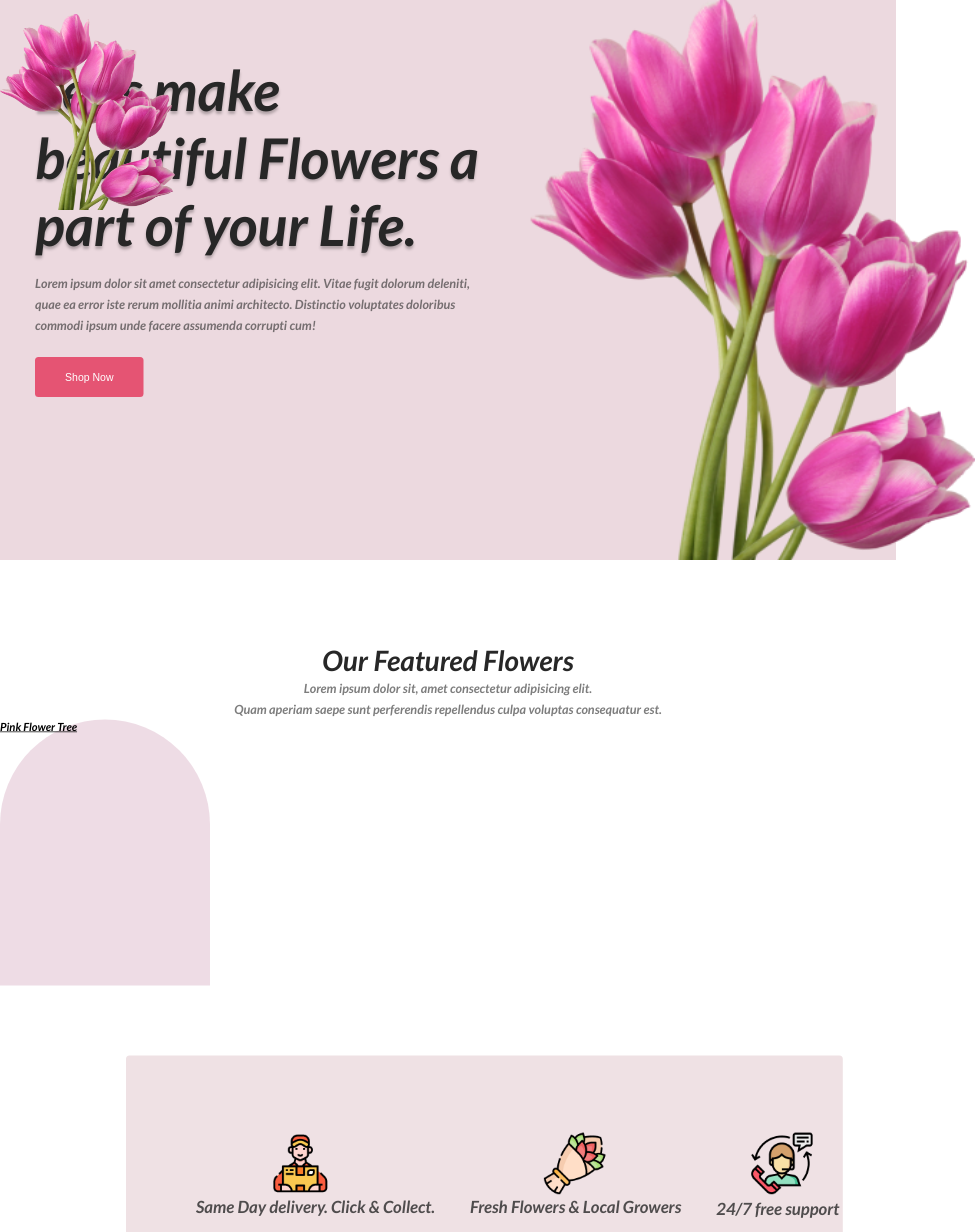
Repository: AnitaAkter/anita-flower-shop
Page: index.html
An editor plug-in stored every save of this project. The page is shown before and after a run of saves, followed by the edit.
The browser window is 1280 px wide. The page is 1393 px wide, so the pictures cover 1393 px, including what lies to the right of the window. The pictures show the part of the page from y = 0 to 1760 px (the page is 3486 px tall), at 70% of full size.

Above is the page before, as saved 2023-09-06 20:44:24.

### index.html
<!DOCTYPE html>
<html lang="en">

<head>
    <meta charset="UTF-8">
    <meta http-equiv="X-UA-Compatible" content="IE=edge">
    <meta name="viewport" content="width=device-width, initial-scale=1.0">
    <title>Anita's Flower Shop</title>
    <link rel="preconnect" href="https://fonts.googleapis.com">
    <link rel="preconnect" href="https://fonts.gstatic.com" crossorigin>
    <link href="https://fonts.googleapis.com/css2?family=Lato:ital,wght@1,700&display=swap" rel="stylesheet">
    <link rel="stylesheet" href="style.css">
</head>

<body>
    <div>
        <!-- /* Header -section start */ -->
        <header>
            <div class="header-intro">
                <h1>Let's make <br> beautiful Flowers a <br>part of your Life.</h1>
                <div class="header-p">
                    <p>Lorem ipsum dolor sit amet consectetur adipisicing elit. Vitae fugit dolorum deleniti, quae ea
                        error
                        iste rerum mollitia animi architecto. Distinctio voluptates doloribus commodi ipsum unde facere
                        assumenda corrupti cum!</p>
                </div>
                <button class="header-btn">Shop Now</button>
            </div>
            <div class="header-pic">
                <img src="images/pngwing 6.png" alt="">
            </div>
        </header>
        <!-- /* Header -section end */ -->
        <main>
            <div class="flowers-info">
                <h3>Our Featured Flowers</h3>
                <p>Lorem ipsum dolor sit, amet consectetur adipisicing elit. <br>
                    Quam aperiam saepe sunt perferendis repellendus culpa voluptas consequatur est.
                </p>
            </div>
            <div class="flowers-add">

                <div class="flowers">
                    <img class="img-f" src="images/pngwing 6.png" alt="">
                    <p> <u>Pink Flower Tree</u> </p>
                </div>
                <!-- <div class="flowers">
                        <img src="images/pngwing 5.png" alt="">
                        <p><u>Pink Flower Tree</u></p>
                    </div>
                    <div class="flowers">
                        <img src="images/pngwing 7.png" alt="">
                        <p><u>Pink Flower Tree</u></p>
                    </div> -->

            </div>






            <!-- Delivery section start -->
            <div class="delivery">
                <div class="delivery-img">
                    <div class="d-img">
                        <img src="images/Group 57.png" alt="">
                        <p>Same Day delivery. Click & Collect.</p>
                    </div>
                    <div class="d-img">
                        <img src="images/Group 58.png" alt="">
                        <p>Fresh Flowers & Local Growers</p>
                    </div>
                    <div>
                        <img src="images/Group 59.png" alt="">
                        <p>24/7 free support</p>
                    </div>
                </div>
            </div>
            <!-- Delivery section end -->

            <div class="add-sec">
                <div class="add-info">
                    <h1>Hot Deal ! Sale up to 25% <span class="text-primary">Off</span></h1>
                    <p class="header-p">Lorem ipsum dolor sit amet consectetur adipisicing elit. Quam, error!</p>
                    <div class="add-btnv">
                        <button class="add-btn">Sign Up</button>
                    </div>
                </div>
                <div class="add-img">
                    <img src="images/pngwing 8.png" alt="">
                </div>
            </div>
















            <div class="flowers-info">
                <h3>Instagram</h3>
                <p>Lorem ipsum dolor sit, amet consectetur adipisicing elit. <br>
                    Quam aperiam saepe sunt perferendis repellendus culpa voluptas consequatur est.
                </p>
            </div>
            <div class="insta-img">
                <img src="images/Flower 01.png" alt="">
                <img src="images/Rectangle 4.png" alt="">
                <img src="images/Rectangle 5.png" alt="">
                <img src="images/Rectangle 6.png" alt="">
            </div>
        </main>
        <footer>
            <div class="footer-column">
                <div class="footer-title">
                    <h2 class="f">Get the latest Deals</h2>
                    <p>$30 coupon for first shopping</p>
                </div>
                <div class="form">
                    <form action=""><input class="input-form" type="text" placeholder="       Enter Your email Here">
                    </form>
                    <button class="header-btn">Subscribe</button>
                </div>

            </div>
        </footer>

    </div>
</body>

</html>

### style.css
/* Header -section start */

* {
    margin: 0;
    padding: 0;
    box-sizing: border-box;
}

body {
    font-family: 'Lato', sans-serif;
    font-weight: 900;
    width: 100%;
}

header {
    display: flex;
    background-color: hsl(342, 34%, 89%);
    width: 100%;
    height: 800px;
}

.header-intro {
    margin-top: 80px;
    margin-left: 50px;
    width: 708px;
    height: 506px;


}

.header-intro h1 {
    color: #272727;
    text-shadow: 0px 4px 4px rgba(0, 0, 0, 0.25);
    font-family: Lato;
    font-size: 80px;
    font-style: normal;
    font-weight: 800;
    line-height: normal;
    width: 708px;
    height: 310px;


}

.header-p {
    color: rgba(39, 39, 39, 0.60);
    font-family: Lato;
    font-size: 18px;
    font-style: normal;
    font-weight: 400;
    line-height: 30px;
    width: 634px;
    height: 120px;
    gap: 32px;



    /* 166.667% */
}

.header-btn {
    background-color: #E55473;
    border-radius: 5px;
    border: none;
    color: white;
    font-size: 15px;
    display: inline-flex;
    padding: 20px 43px;
    align-items: flex-start;
    gap: 10px;

}

.header-pic {
    width: 635px;
    height: 800px;
    margin-bottom: 0%;
    margin-right: auto;

}


.header-pic img {
    width: 635px;
    height: 800px;
    margin-bottom: 0%;
}

/* Header -section end */



/* flowers info styles */
.flowers-info {
    margin-top: 120px;
}

.flowers-info h3 {
    color: #272727;
    text-align: center;
    font-family: Lato;
    font-size: 40px;
    font-style: normal;
    font-weight: 800;
    line-height: normal;
}

.flowers-info p {
    color: rgba(39, 39, 39, 0.60);
    text-align: center;
    font-family: Lato;
    font-size: 18px;
    font-style: normal;
    font-weight: 400;
    line-height: 30px;
    /* 166.667% */
}


/* .flowers-add {
    margin-top: 80px;
    align-items: center;
    margin-bottom: 200px;
    margin-left: 180px;
    margin-right: 140px;
    width: 80%;
    height: 480px;
    gap: 54px;


} */

.flowers-img {
    display: flex;
    align-items: center;
    gap: 50px;
    width: 464px;
    height: 538px;



}

.flowers {


    justify-content: space-between;
    gap: 40px;



}

.flowers {

    background-image: url('/images/Rectangle\ 3\ \(1\).png');
    background-position: center;
    border-radius: 300px 300px 0px 0px;
    background: rgba(139, 24, 81, 0.15);
    height: 380px;
    width: 300px;
}

.img-f {
    height: 280px;
    width: 250px;
    position: absolute;
    top: 20px;
}

.flowers-img p {
    color: rgba(0, 0, 0, 0.951);

    font-family: Lato;
    font-size: 24px;
    font-style: normal;
    font-weight: 600;
    line-height: 35px;
    margin-left: 133px;
}








/* delivery section start */
.delivery {
    margin-top: 100px;
    margin-left: 180px;
    margin-right: 140px;
    background-color: #efe1e4;
    display: flex;
    width: 80%;
    height: 320px;
    border-radius: 5px;
    padding: 30px;
}

.delivery-img p {
    color: rgba(39, 39, 39, 0.80);

    font-family: Lato;
    font-size: 24px;
    font-style: normal;
    font-weight: 600;
    line-height: 35px;
    margin-left: -50px;


}

.delivery-img {
    display: inline-flex;
    margin-top: 80px;
    margin-left: 120px;
    gap: 100px;
    height: 30px;
    align-content: center;
    position: absolute;

}

.d-img img {
    display: grid;
    justify-content: center;
    margin-left: 55px;

}

/* delivery section end */

.text-primary {
    color: #E55473;
}

.add-sec {
    margin-top: 80px;
    width: 100%;
    height: 520px;
    background-color: #f1eaec;
    display: inline-flex;
}

.add-info h1 {
    margin-top: 200px;
    margin-left: 350px;
}

.add-info p {
    margin-top: 10px;
    margin-left: 300px;

}

.add-btnv {
    text-align: center;
    justify-content: center;
    margin-top: -70px;
    margin-left: 80px;
}

.add-btn {
    background-color: #E55473;
    border-radius: 5px;
    border: none;
    color: white;
    font-size: 15px;

    padding: 10px 23px;


}

.add-img {
    width: 218px;
    height: 110px;
    position: center;
    margin-top: 60px;
}




.insta-img {
    display: flex;
    margin-top: 40px;
    gap: 25px;
    margin-left: 180px;
    margin-right: 140px;
    height: 320px;
    width: 70%;
}

.insta-img img {
    width: 275px;
    height: 396px;
    border-radius: 5px;
}


.footer-column {
    background-image: url('images/Rectangle\ 9.png');
    margin-top: 150px;
    width: 80%;
    height: 320px;
    border-radius: 3px;
    margin-left: 180px;
    margin-right: 140px;
}



.footer-title {
    text-align: center;
    padding-top: 80px;
    align-items: center;

}



.footer-title p {
    color: rgb(91, 87, 87);
    padding-top: 10px;
}

.form {
    display: flex;
    margin-left: 287px;
    gap: 50px;
    padding-top: 40px;

}

.input-form {
    width: 550px;
    height: 60px;
    border-radius: 3px;
    border: none;
}

After the next 4 saves:
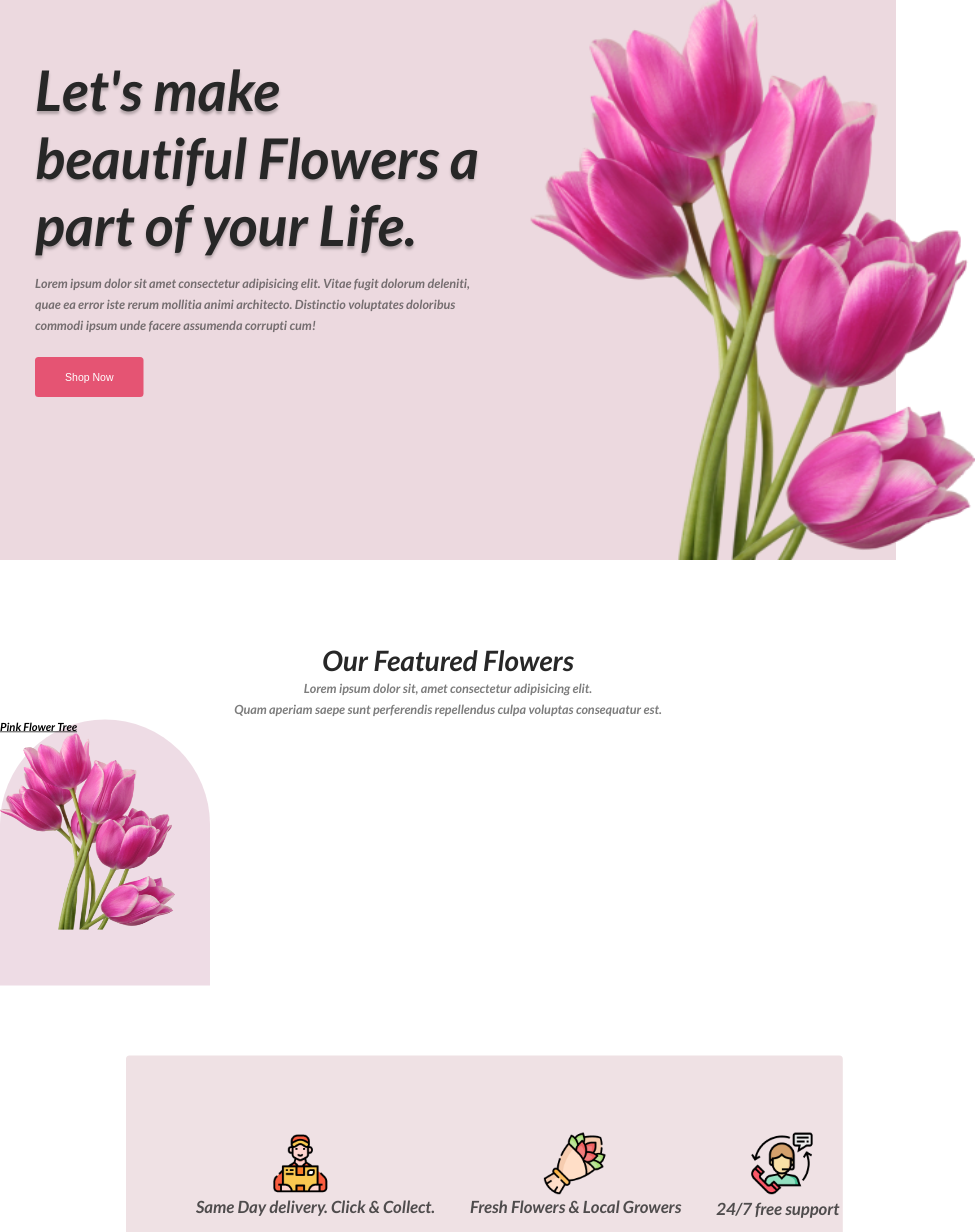
The 4 saves are shown as one change because they came seconds apart.
The last was saved 11 s later.
--- a/style.css
+++ b/style.css
@@ -165,7 +165,7 @@ header {
     height: 280px;
     width: 250px;
     position: absolute;
-    top: 20px;
+    margin-top: 20px;
 }
 
 .flowers-img p {
